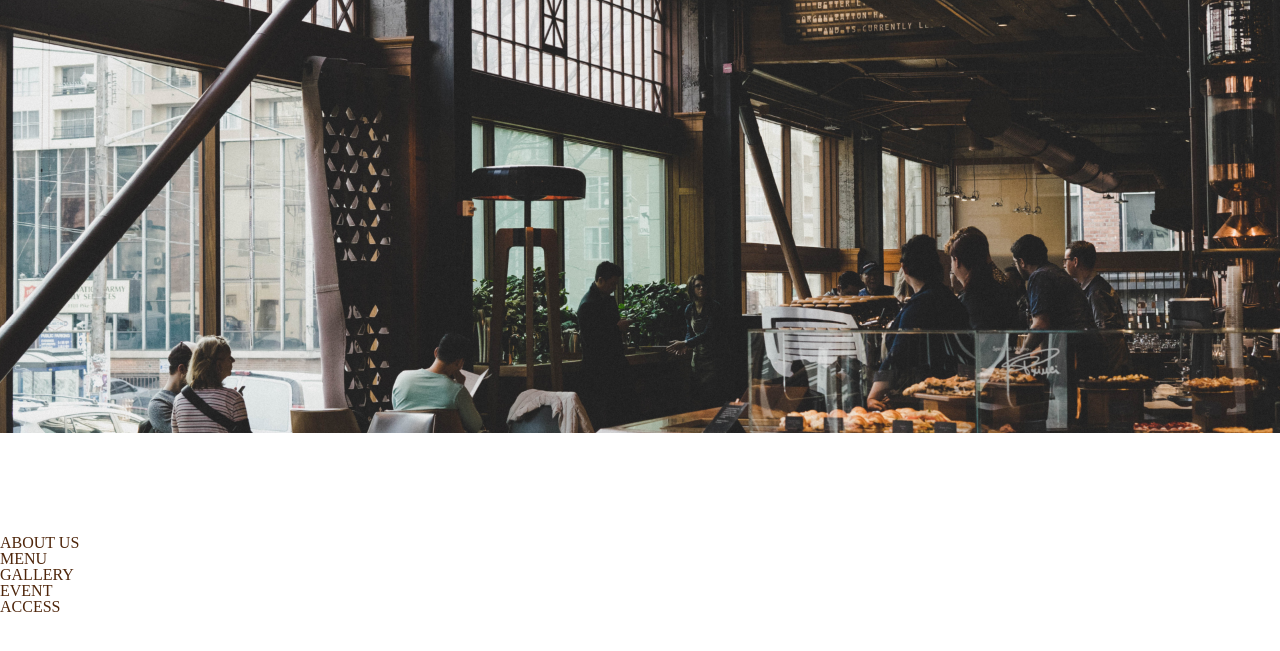
Repository: sonoyama01/dezasuta
Page: 第4回課題/index.html
The author's editor kept a copy of each file at every save. The page is drawn from the files as they stood at one save, then again after the next save.
The browser window is 1280 px wide. The pictures show the whole page.

Above is the page before, as saved 2024-05-01 23:18:40.

After the next save:
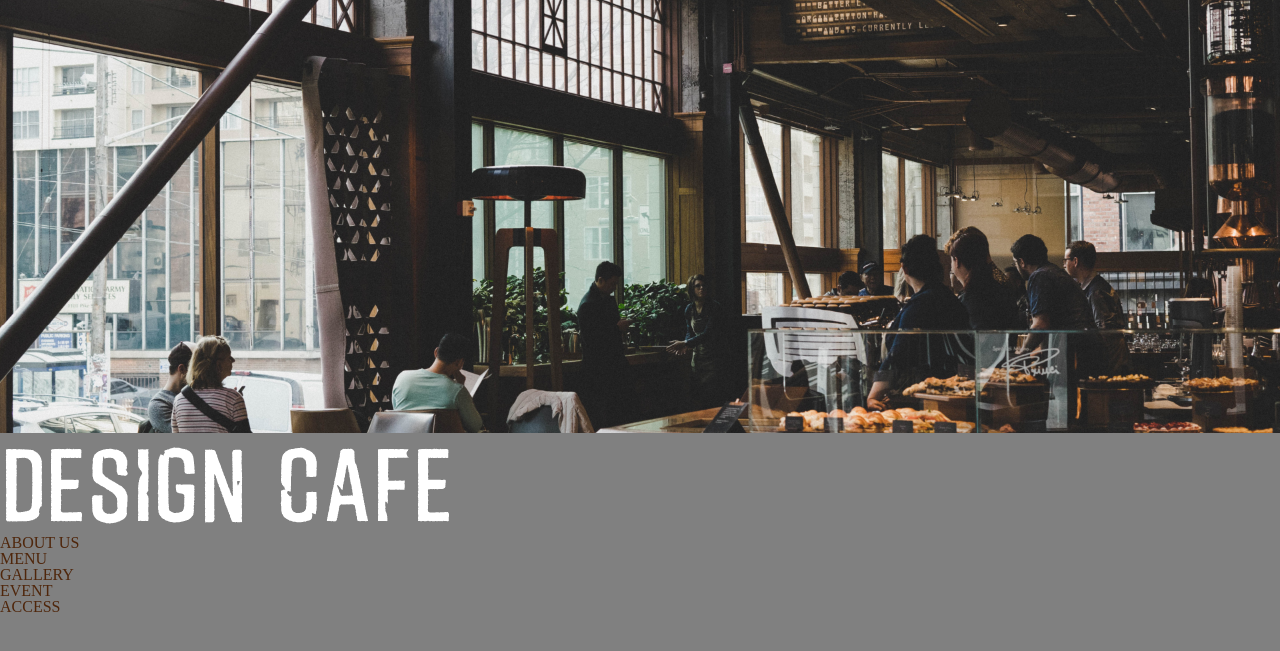
Saved 91 s later.
--- a/第4回課題/css/style.css
+++ b/第4回課題/css/style.css
@@ -42,3 +42,7 @@ img {
   vertical-align: bottom;
   border: none;
 }
+
+body {
+  background-color: gray;
+}
